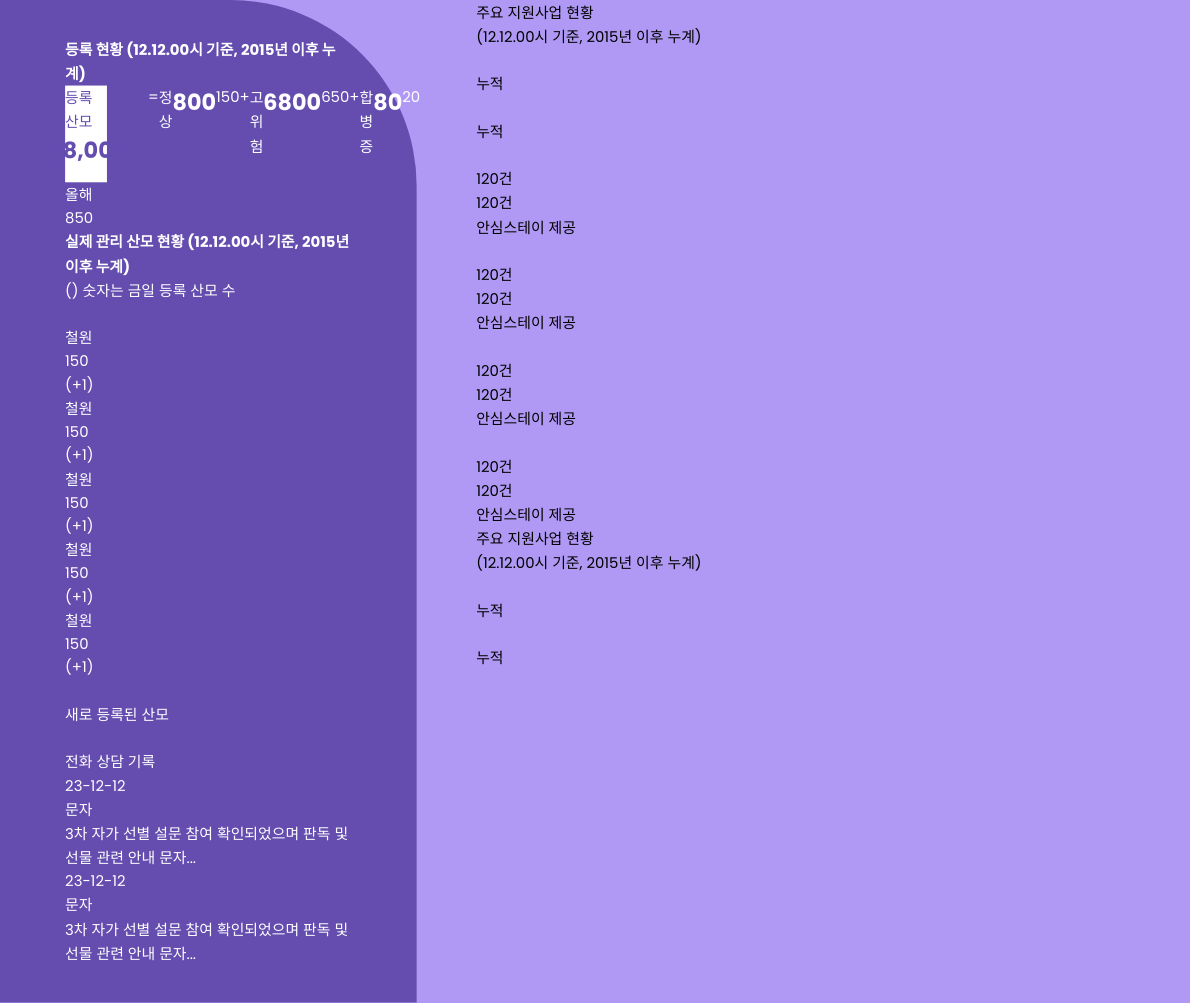
Repository: giapchicuong/Perganancy_Web
Page: index.html
An editor plug-in stored every save of this project. The page is shown before and after the next save, followed by the edit.
The browser window is 1280 px wide. The pictures show the whole page, at 93% of full size.

Above is the page before, as saved 2024-03-06 12:59:29.

After the next save:
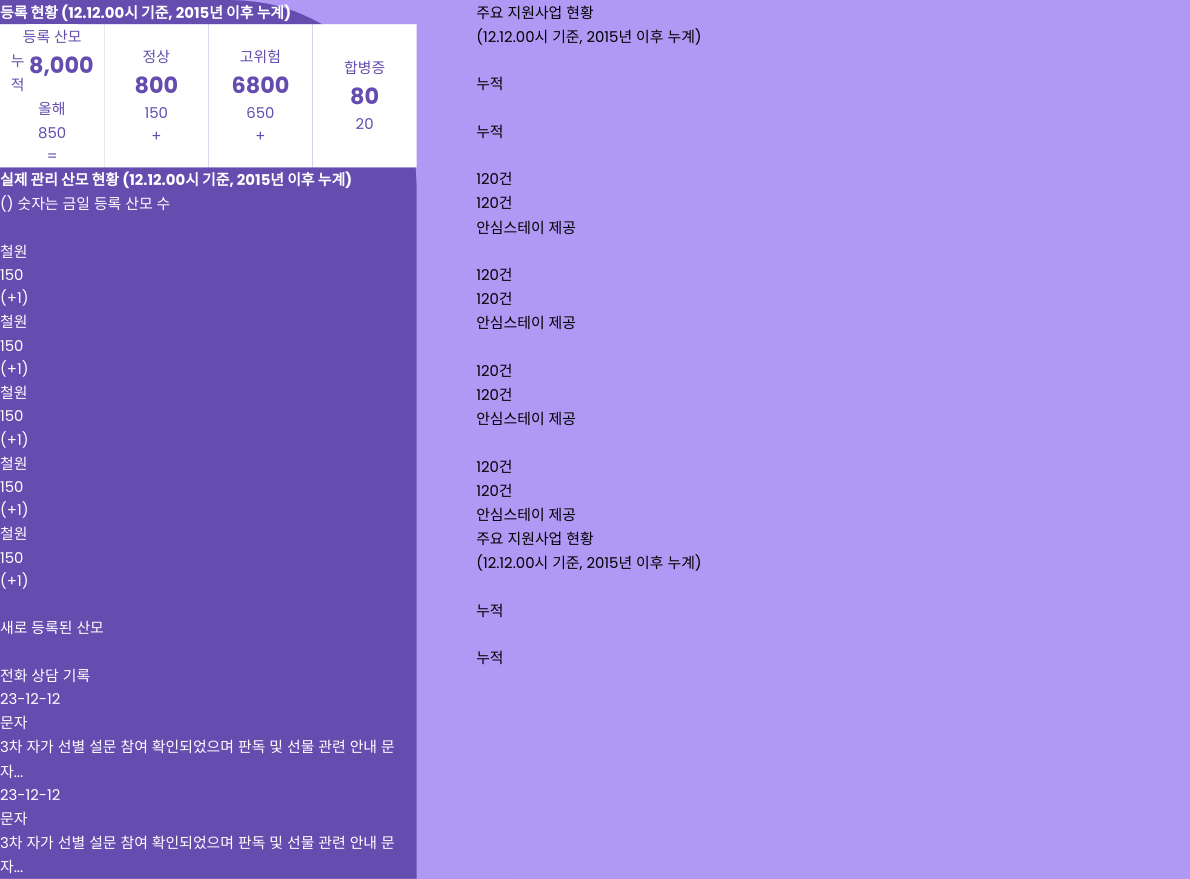
Saved 111 s later.
--- a/assets/style.css
+++ b/assets/style.css
@@ -13,7 +13,6 @@
     background-color: var(--primary);
     border-top-right-radius: 200px 200px;
     color: var(--white);
-    padding: 40px 70px;
 }
 .advertising-left__title{
     font-weight: bold;
@@ -24,13 +23,14 @@
 }
 .advertising-left__item{
     display: flex;
+    flex-direction: column;
+    justify-content: center;
+    align-items: center;
+    width: 50%;
+    background-color: var(--white);
+    color: var(--primary)
 }
 .advertising-left__item--add{
-    display: flex;
-    flex-direction: column;
-
-}
-.advertising-left__item--white{
     display: flex;
     flex-direction: column;
     justify-content: center;
@@ -38,6 +38,12 @@
     width: 50%;
     background-color: var(--white);
     color: var(--primary)
+}
+.advertising-left__item--white{
+    display: flex;
+    flex-direction: column;
+    justify-content: center;
+    align-items: center;
 }
 .advertising-left__item{
 
